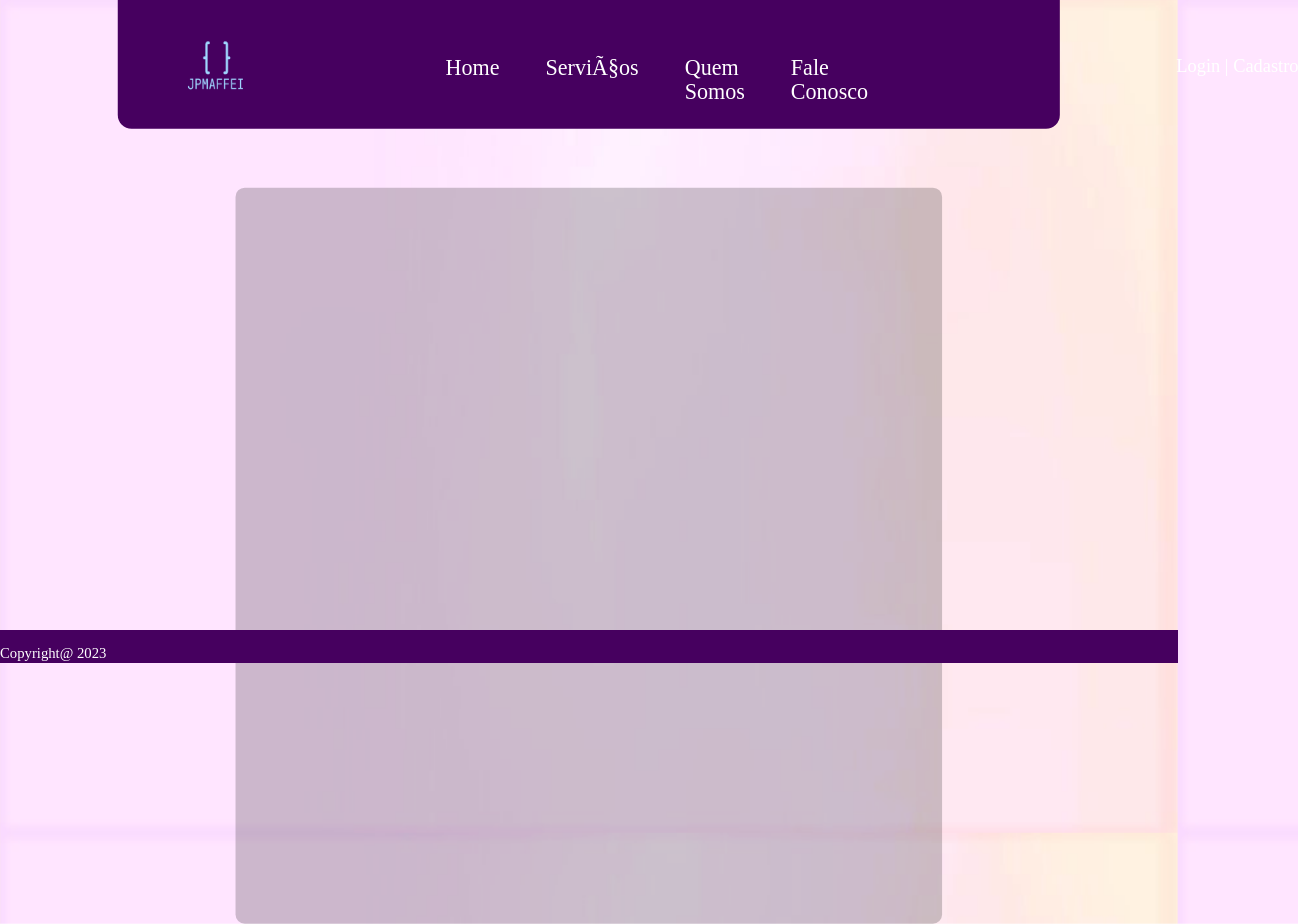
Repository: jpmaffei18/PROJETO_JAVA
Page: http://localhost/FinalWeb/home.jsp
An editor plug-in stored every save of this project. The page is shown before and after the next save, followed by the edit.
The browser window is 1280 px wide. The page is 1411 px wide, so the pictures cover 1411 px, including what lies to the right of the window. The pictures show the whole page, at 92% of full size.
Backgrounds fixed to the window are drawn as part of the page. The page is served by Tomcat 9.

Above is the page before, as saved 2023-03-31 14:25:30.

After the next save:
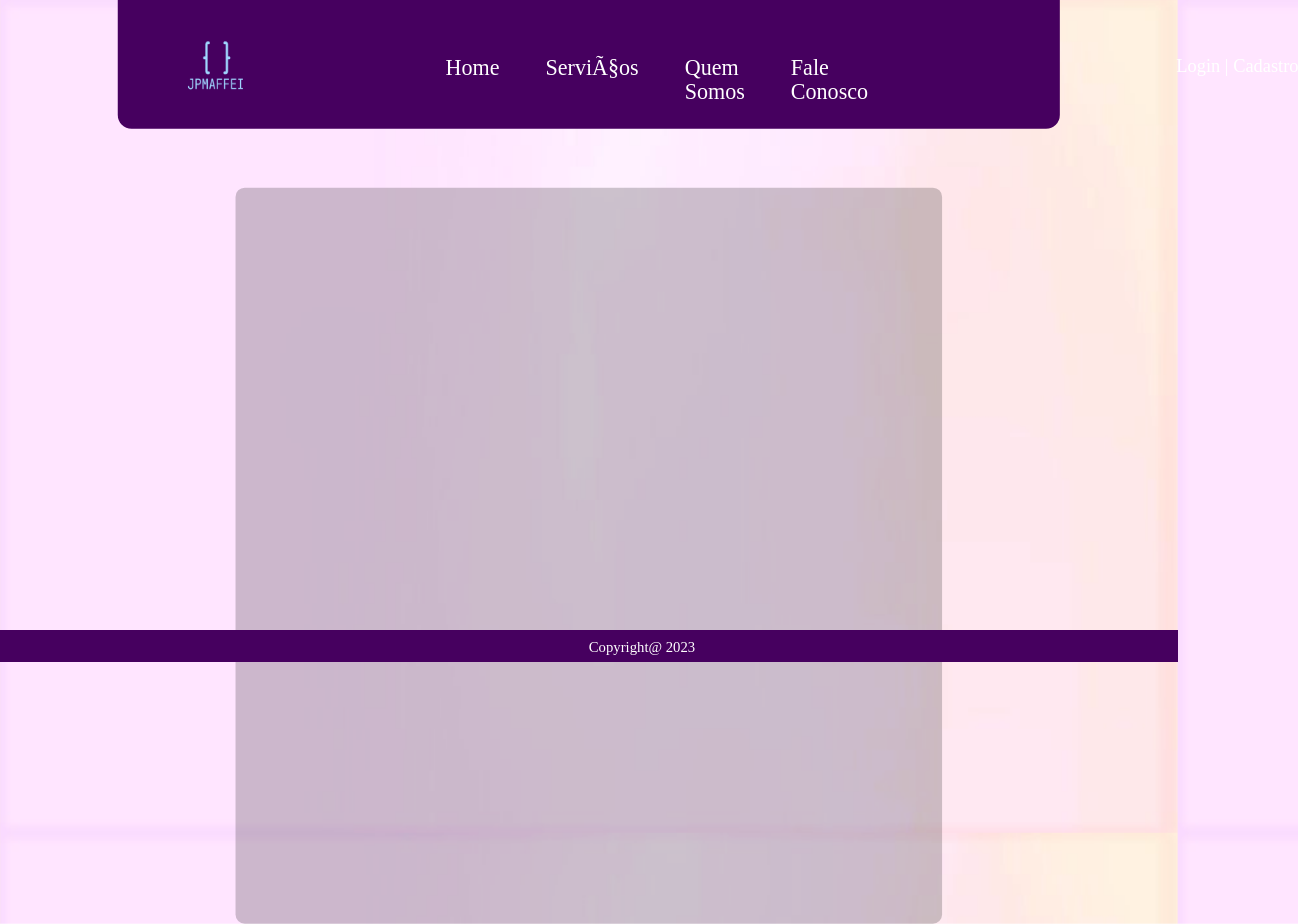
Saved 9 s later.
--- a/FinalWeb/src/main/webapp/home.css
+++ b/FinalWeb/src/main/webapp/home.css
@@ -78,7 +78,7 @@ left: 0;
 }
 
 .rodape p{
-	margin-left:
+	margin-left: 50%;
 	margin-top: 10px;
 	color:white;
 }
